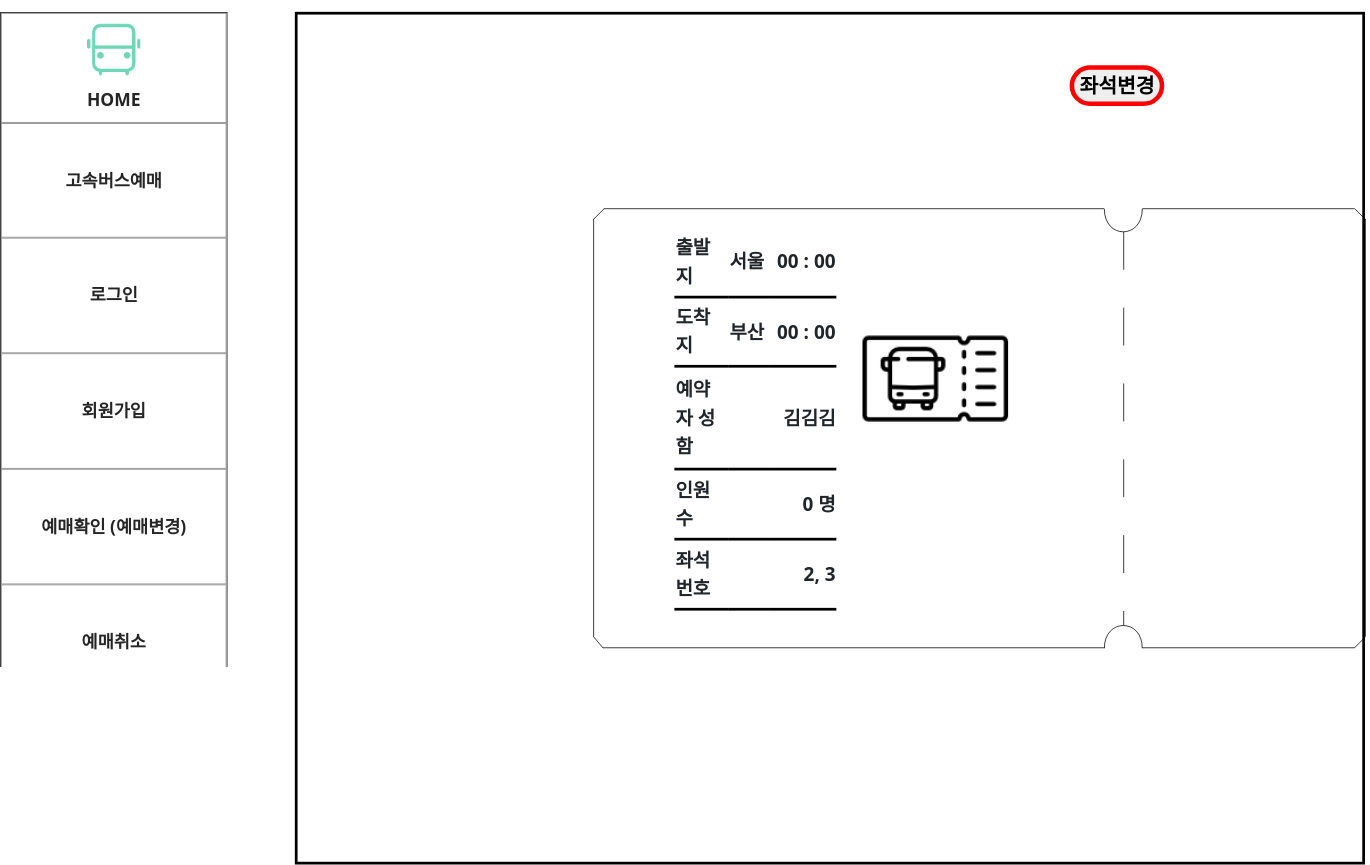
Repository: rudqhd79/spring_personal
Page: http://localhost/reservation/check
The author's editor kept a copy of each file at every save. The page is drawn from the files as they stood at one save, then again after the next save.
The browser window is 1280 px wide. The page is 1501 px wide, then 1505 px, so the pictures cover 1505 px, including what lies to the right of the window. The pictures show the whole page, at 91% of full size.
The page is this project's Thymeleaf template; nobody is signed in. The template is opened directly, without the code that normally fills it, so the values that code supplies are empty.

Above is the page before, as saved 2023-02-03 07:06:38.

After the next save:
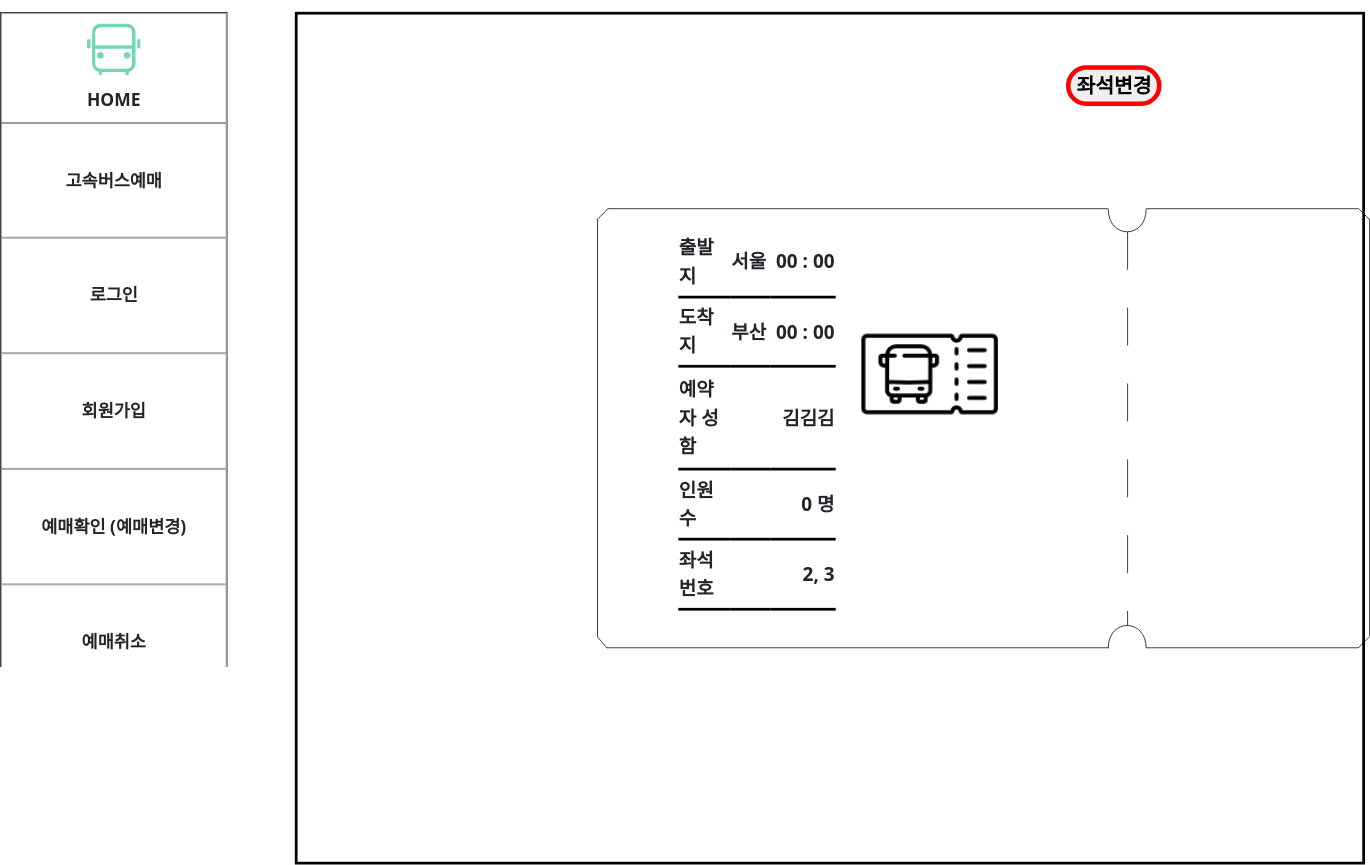
Saved 2 min 38 s later.
--- a/bus-reservation/src/main/resources/templates/reservation/check.html
+++ b/bus-reservation/src/main/resources/templates/reservation/check.html
@@ -69,7 +69,7 @@
 						</table>
 					</div>
 					<div class="check_child">
-						<img src="/img/bus_ticket.png" style="height: 160px; width: 160px" />
+						<img src="/img/bus_ticket.png" style="height: 150px; width: 150px" />
 					</div>
 				</div>
 			 	<div>
